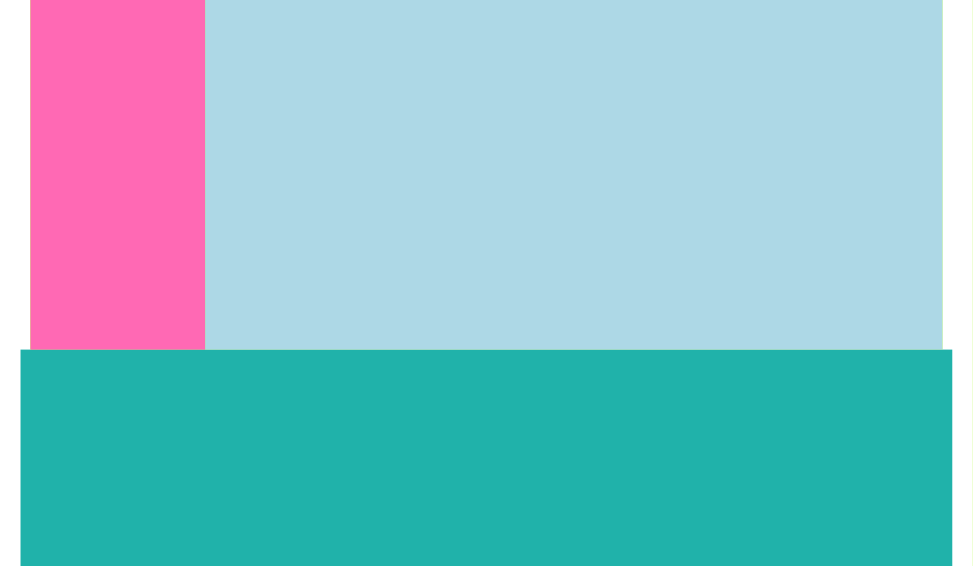
Repository: TheBestBadGuy0228/code
Page: float案例.html
These files come from the project's save history. The page is drawn as it stood at one moment and after the next save; the edit follows.
The browser window is 1280 px wide. The pictures show the whole page, at 76% of full size.

Above is the page before, as saved 2021-12-09 09:26:25.

### float案例.html
<!-- /*
 * @Author: Xiao
 * @Date: 2021-12-09 09:11:30
 * @Last Modified by:   Xiao
 * @Last Modified time: 2021-12-09 09:11:30
 */ -->
<!DOCTYPE html>
<html lang="zh-CN">
<head>
    <meta charset="UTF-8">
    <meta http-equiv="X-UA-Compatible" content="IE=edge">
    <meta name="viewport" content="width=device-width, initial-scale=1.0">
    <title>float案例</title>
    <style>
        * {
            margin: 0;
            padding: 0;

        }

        .boxFather {
            background-color: greenyellow;
            width: 1200px;
            height: 460px;
            margin: 0 auto;
        }

        .left {
            width: 230px;
            height: 460px;
            float: left;
            background-color: hotpink;
        }

        .right {
            height: 460px;
            width: 970px;
            background-color: lightblue;
            float: left;
        }

        li {
            list-style: none;
        }

        .boxFather1 {
            width: 1226px;
            height: 285px;
            background-color: lightseagreen;
            margin: 0 auto;
        }
    </style>
</head>
<body>
    <div class="boxFather">
        <div class="left"></div>
        <div class="right"></div>
    </div>
    <ul class="boxFather1">
        <li></li>
        <li></li>
        <li></li>
        <li></li>
    </ul>
</body>
</html>

After the next save:
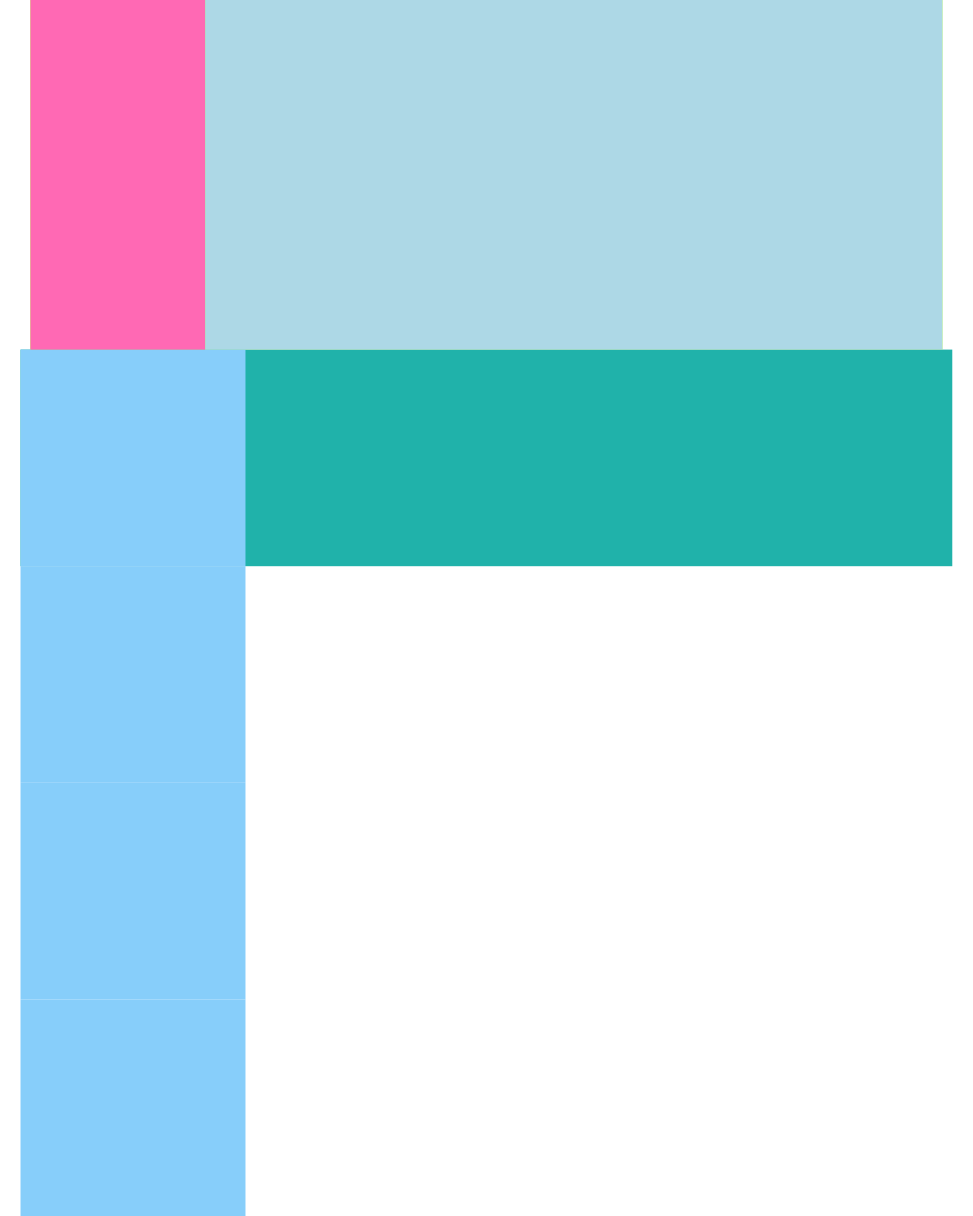
Saved 84 s later.
--- a/float案例.html
+++ b/float案例.html
@@ -49,6 +49,13 @@
             background-color: lightseagreen;
             margin: 0 auto;
         }
+
+        .boxFather1 li {
+            width: 296px;
+            height: 285px;
+            background-color: lightskyblue;
+            margin-right: 14px;
+        }
     </style>
 </head>
 <body>
